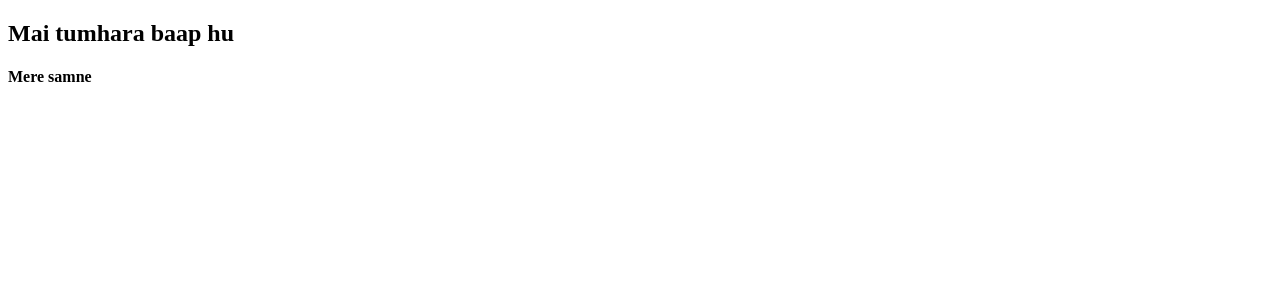
Repository: Strong02coder/REACT-HINDI---01
Page: / (app in vitereact-01/)
These files come from the project's save history. The page is drawn as it stood at one moment and after a run of saves; the edit follows.
The browser window is 1280 px wide. The pictures show the whole page.
The project was rebuilt for these pictures with package versions that can differ from the ones it lists, and the page was loaded fresh each time. Also part of the build but not shown: vitereact-01/vite.config.js.

Above is the page before, as saved 2024-06-12 18:50:07.

After the next 5 saves:
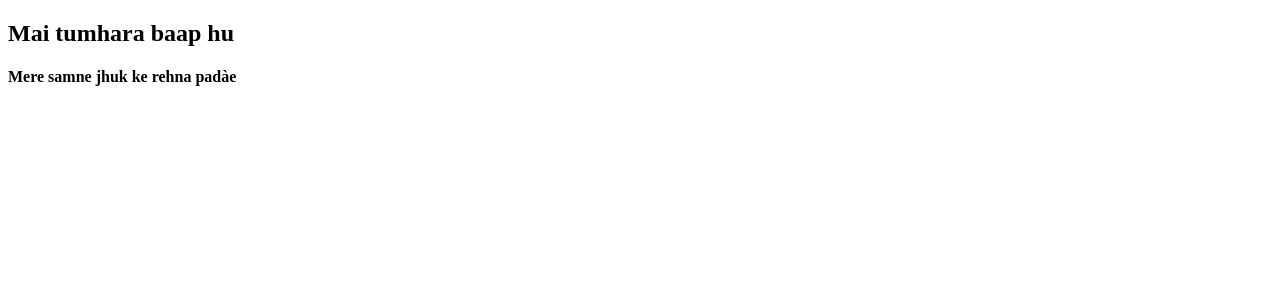
The 5 saves are shown as one change because they came seconds apart.
The last was saved 25 s later.
--- a/vitereact-01/src/App.jsx
+++ b/vitereact-01/src/App.jsx
@@ -4,7 +4,7 @@ function App() {
   return (
     <>
     <Kim/>
-    <h4>Mere samne </h4>
+    <h4>Mere samne jhuk ke rehna padàe</h4>
     </>
   )
 }
